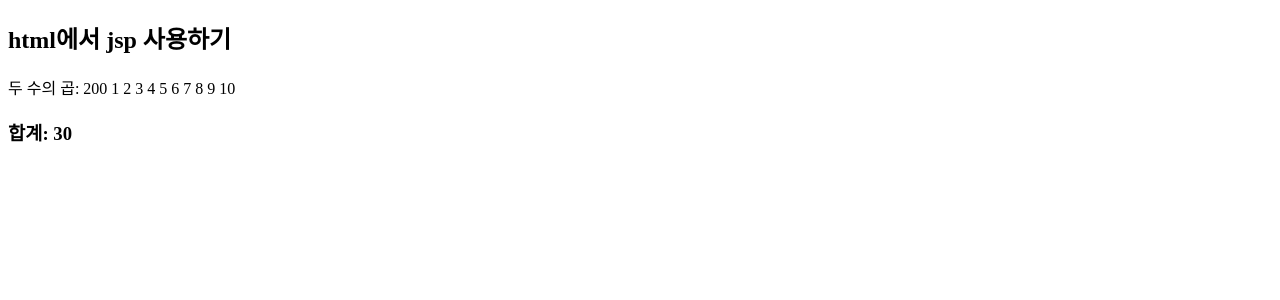
Repository: Kongnamu/JSPworks
Page: http://localhost/jwbook/ch01/Scriptlet.jsp
The author's editor kept a copy of each file at every save. The page is drawn from the files as they stood at one save, then again after the next save.
The browser window is 1280 px wide. The pictures show the whole page.
The page is served by Tomcat 9.

Above is the page before, as saved 2023-11-20 02:11:26.

After the next save:
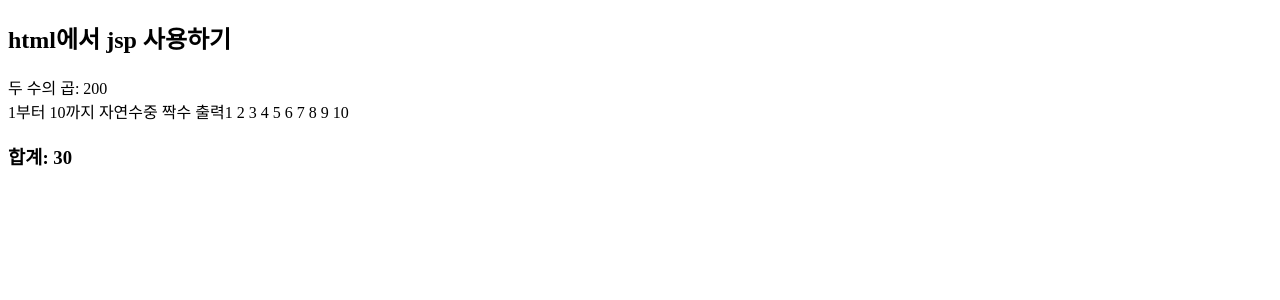
Saved 70 s later.
--- a/jwbook/src/main/webapp/ch01/Scriptlet.jsp
+++ b/jwbook/src/main/webapp/ch01/Scriptlet.jsp
@@ -12,9 +12,10 @@
 	<%
 		int n1 = 10, n2 = 20;
 		// 내장 객체 : out.println() 함수 사용
-		out.println("두 수의 곱: " + (n1*n2) + "\n");
+		out.println("두 수의 곱: " + (n1*n2) + "<br>");
 
 		// 1부터 10까지 자연수, 짝수 출력
+		out.print("1부터 10까지 자연수중 짝수 출력");
 		for(int i = 1; i <= 10; i++){
 			out.println(i);
 		}
